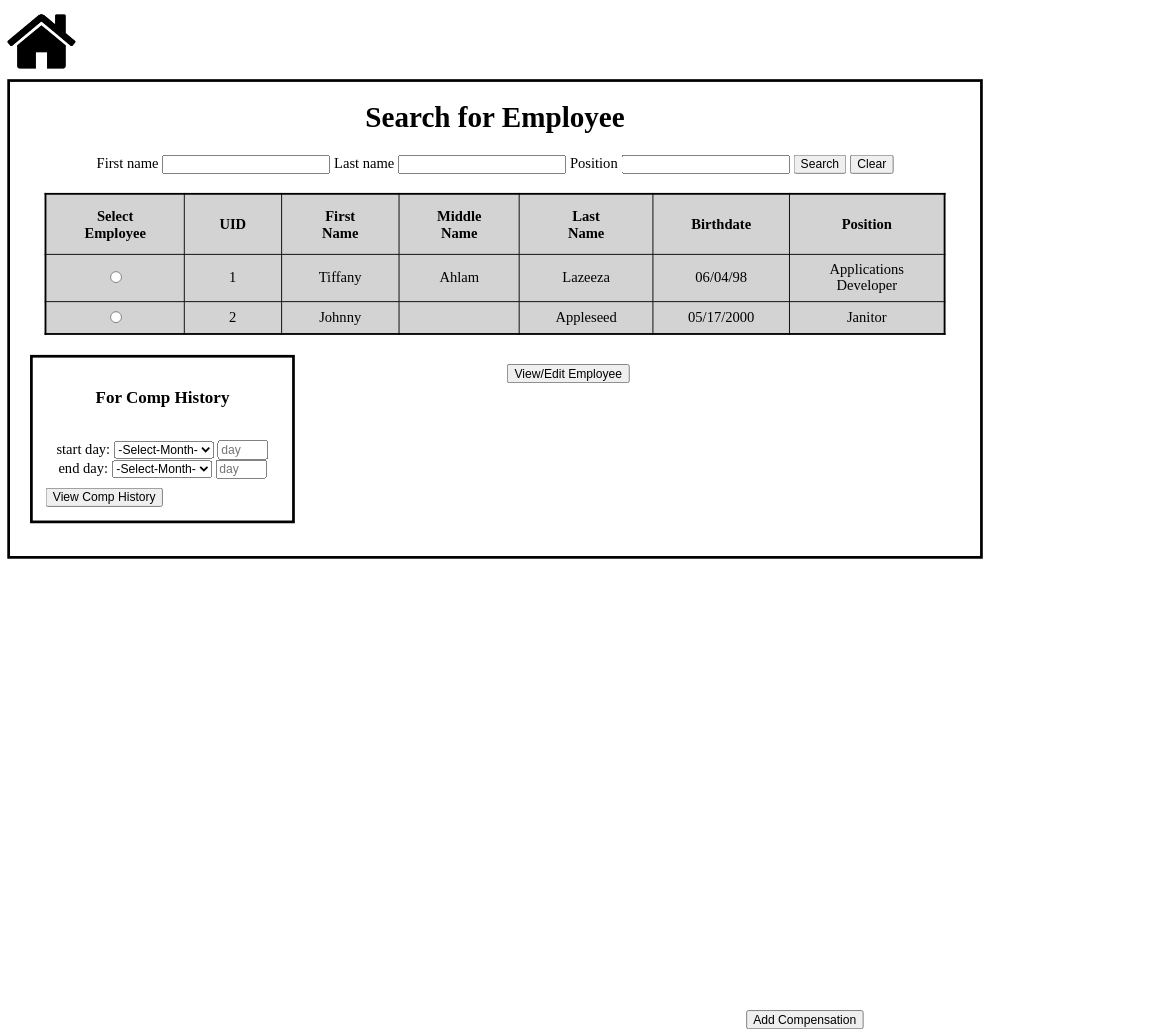
Repository: ticross18/SpringBootEmployeeSystem
Page: EmploymentSystem/src/main/resources/static/searchEmp.html
An editor plug-in stored every save of this project. The page is shown before and after the next save, followed by the edit.
The browser window is 1280 px wide. The pictures show the whole page, at 91% of full size.

Above is the page before, as saved 2022-05-17 18:12:42.

### EmploymentSystem/src/main/resources/static/searchEmp.html
<!DOCTYPE html>
<html>
<head>
	<title>Search for Employee</title>
	<meta charset="UTF-8">
	<meta name="viewport" content="width=device-width, initial-scale=1.0">
	<link href="css/screens.css" rel="stylesheet" type="text/css">
</head>
<body>

<a href="/"><img src="images/homeIcon2.png" id="homeButton" alt="home button"></a>

<div id="SearchEmpBox" >
	<h1 id="title">Search for Employee</h1>

	<form>
		<label for="fname">First name </label>
		<input type="text" id="fname" name="fname">
		<label for="lname">Last name  </label>
		<input type="text" id="lname" name="lname">
		<label for="position">Position</label>
		<input type="text" id="position" name="position">
		<button type="button" name ="search">Search</button>
		<button type="clear" name ="clear">Clear</button>
	</form>

	<table border=1  rules=rows id="results" >
		<tr>
			<th>Select Employee</th>
			<th>UID</th>
			<th>First Name</th>
			<th>Middle Name</th>
			<th>Last Name</th>
			<th>Birthdate</th>
			<th>Position</th>
		</tr>
		 <tr class="entries">
			<td><input type="radio" name="edit" class="editEmp"/></td>
			<td>1</td>
			<td>Tiffany</td>
			<td>Ahlam</td>
			<td>Lazeeza</td>
			<td>06/04/98</td>
			<td>Applications Developer</td>
		</tr>
		 <tr class="entries">
			<td><input type="radio" name="edit" class="editEmp"/></td>
			<td>2</td>
			<td>Johnny</td>
			<td></td>
			<td>Appleseed</td>
			<td>05/17/2000</td>
			<td>Janitor</td>
		</tr>

	</table>

     <button type="button" class="optionButtons" onclick="location.href = '#';" style="float:right; margin-top:100vh;" id="addEmp" > Add Compensation </button>

     <button type="button" class="optionButtons" onclick="location.href = '#';" style="float:right;" id="viewEditEmp"> View/Edit Employee </button>

	<div id="dateRange">
		<h3>For Comp History</h3><br>

		<label >start day:</label>
		    <select class='monthDropDown'>
			    <option selected value=''>-Select-Month-</option>
			    <option value='1'>January</option>
			    <option value='2'>February</option>
			    <option value='3'>March</option>
			    <option value='4'>April</option>
			    <option value='5'>May</option>
			    <option value='6'>June</option>
			    <option value='7'>July</option>
			    <option value='8'>August</option>
			    <option value='9'>September</option>
			    <option value='10'>October</option>
			    <option value='11'>November</option>
			    <option value='12'>December</option>
		    </select>
		    <input type="number"min="0" max="31" placeholder="day"/>

		    <br>

		<label>end day:</label>
		<select class='monthDropDown'>
		    <option selected value=''>-Select-Month-</option>
		    <option value='1'>January</option>
		    <option value='2'>February</option>
		    <option value='3'>March</option>
		    <option value='4'>April</option>
		    <option value='5'>May</option>
		    <option value='6'>June</option>
		    <option value='7'>July</option>
		    <option value='8'>August</option>
		    <option value='9'>September</option>
		    <option value='10'>October</option>
		    <option value='11'>November</option>
		    <option value='12'>December</option>
	    </select>
	    <input type="number"min="0" max="31" placeholder="day"/>
	     <br><button type="button" class="optionButtons" onclick="location.href = '#';" id="compHistory" > View Comp History </button>

	</div>


</div>
</body>
</html>

### EmploymentSystem/src/main/resources/static/css/screens.css
.container {
   display: flex;

}

#homeButton{
	width:75px;
	height:75px;
	position: relative;
}

.asterisk{
	color: red;
}

#addEmpBox {
	padding-left: 40vw;
	border: 3px solid rgb(0, 0, 0);
	padding-bottom: 15px;
}

#addEmpBox input {
	margin-bottom: 15px;
	padding: 2px;
}

#SearchEmpBox {
	border: 3px solid rgb(0, 0, 0);
	padding-bottom: 15px;
	margin-right: 15vw;
	text-align: center;
}

#userInput {
	display:inline-table;
}

#results {
	border: 2px solid black;
	margin: 10px;
	background-color: lightgrey;
	border-collapse: collapse;
	margin:  3vh 3vw;
}

#results th {
	padding: 2vh 3vw;
	border-left: 1px solid #000;
    border-right: 1px solid #000;
}

#results td {
	padding: 1vh 3vw ;
	border-left: 1px solid #000;
    border-right: 1px solid #000;

}

#finalEdit{
	text-align: left;
	position: left;
}

button.optionButtons {
	margin-top: 10px;
	margin-right: 10vw;
}

button.optionButtons:active {
  box-shadow: 0 5px #666;
  transform: translateY(4px);
}

button.optionButtons:hover {
  background-color: rgb(255, 255, 128);
  cursor: pointer;
}

#dateRange {
	border: 3px solid rgb(0, 0, 0);
	width:fit-content;
	margin: 3vh;
	padding: 2vh;
}



.monthDropDown {
	width:110px;
}


tr.entries:hover {
  background-color: white;
  cursor: pointer;
}

After the next save:
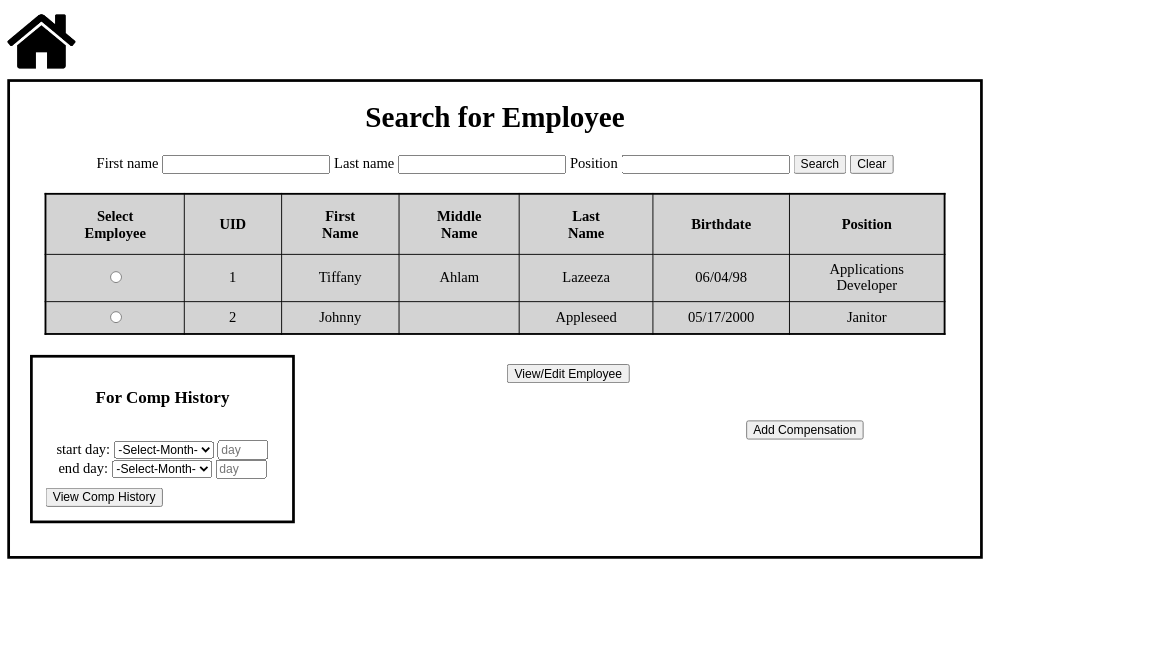
Saved 5 s later.
--- a/EmploymentSystem/src/main/resources/static/searchEmp.html
+++ b/EmploymentSystem/src/main/resources/static/searchEmp.html
@@ -55,7 +55,7 @@
 
 	</table>
 
-     <button type="button" class="optionButtons" onclick="location.href = '#';" style="float:right; margin-top:100vh;" id="addEmp" > Add Compensation </button>
+     <button type="button" class="optionButtons" onclick="location.href = '#';" style="float:right; margin-top:10vh;" id="addEmp" > Add Compensation </button>
 
      <button type="button" class="optionButtons" onclick="location.href = '#';" style="float:right;" id="viewEditEmp"> View/Edit Employee </button>
 
